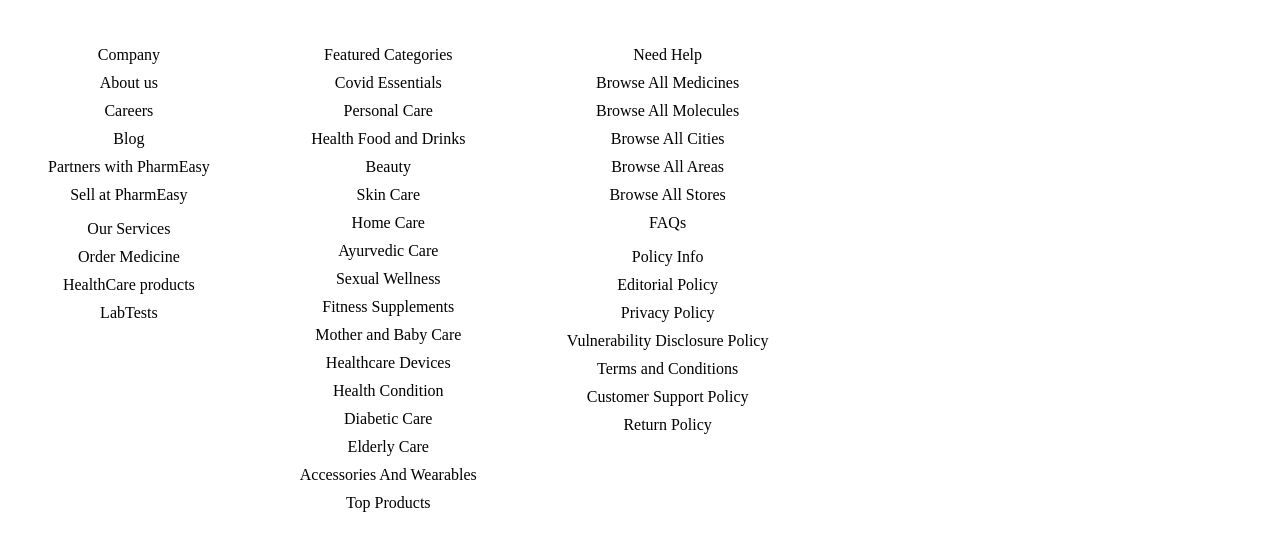
Repository: pavani122/Ecommerce
Page: http://localhost/Ecommerce/WEB-INF/tiles/footer.jsp
These files come from the project's save history. The page is drawn as it stood at one moment and after the next save; the edit follows.
The browser window is 1280 px wide. The pictures show the whole page.
The page is served by Tomcat 9. Nobody is signed in. The template is opened directly, without the code that normally fills it, so the values that code supplies are empty.

Above is the page before, as saved 2022-09-01 09:56:33.

After the next save:
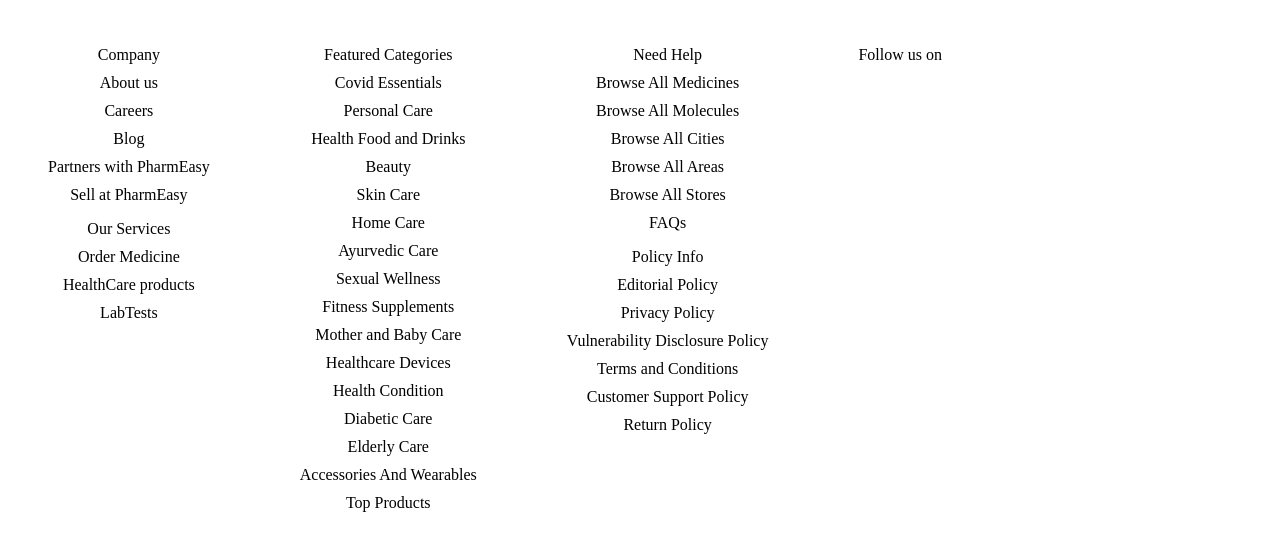
Saved 21 s later.
--- a/Ecommerce/src/main/webapp/WEB-INF/tiles/footer.jsp
+++ b/Ecommerce/src/main/webapp/WEB-INF/tiles/footer.jsp
@@ -106,6 +106,11 @@
 </div>
 <div id="four">
 <div id="four1"></div>
+<ul>
+<li>
+Follow us on
+</li>
+</ul>
 <div id="four2"></div>
 </div>
 </div>
